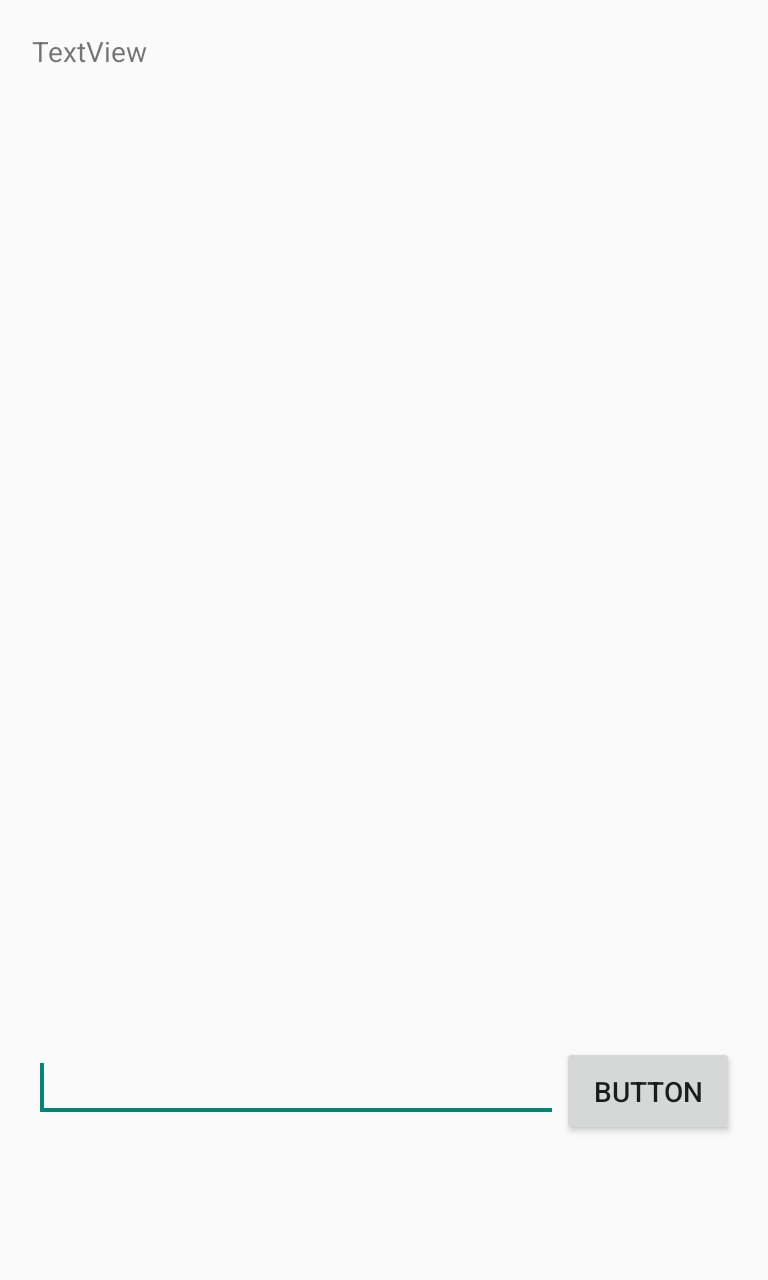
Repository: mg-badman/SPCS11
Layout: softproj_app_final/softwProj/res/layout/activity_main.xml
The author's editor kept a copy of each file at every save. The layout is drawn from the files as they stood at one save, then again after the next save.
It is drawn on a 768 x 1280 px phone screen (xhdpi) without system bars, with theme AppTheme; the app's code is not run.

Above is the layout before, as saved 2015-06-01 02:25:12.

After the next save:
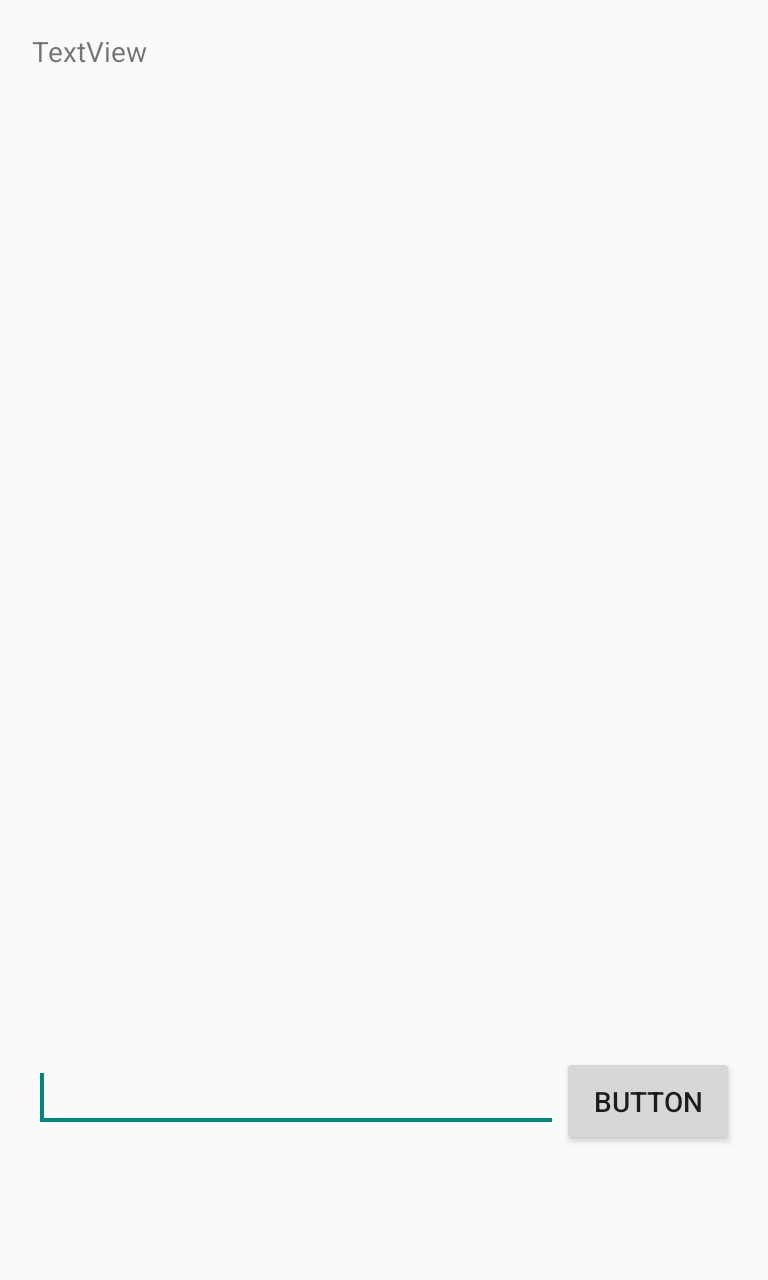
Saved 19 s later.
--- a/softproj_app_final/softwProj/res/layout/activity_main.xml
+++ b/softproj_app_final/softwProj/res/layout/activity_main.xml
@@ -19,7 +19,7 @@
             android:id="@+id/textView1"
             android:layout_width="fill_parent"
             android:layout_height="wrap_content"
-            android:layout_weight="0.9"
+            android:layout_weight="1"
             android:text="TextView" />
 
         <LinearLayout
